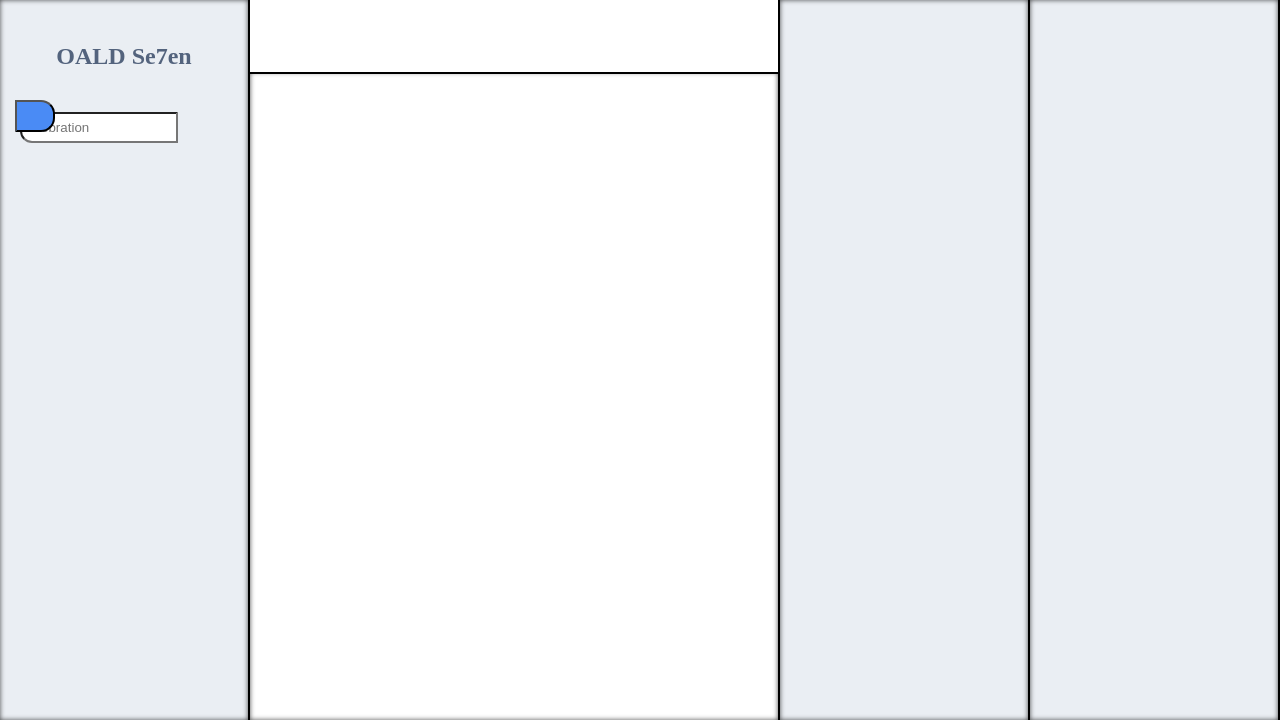
Repository: JJianZ/miao
Page: a.html
An editor plug-in stored every save of this project. The page is shown before and after the next save, followed by the edit.
The browser window is 1280 px wide. The pictures show the whole page.

Above is the page before, as saved 2021-11-23 10:43:04.

After the next save:
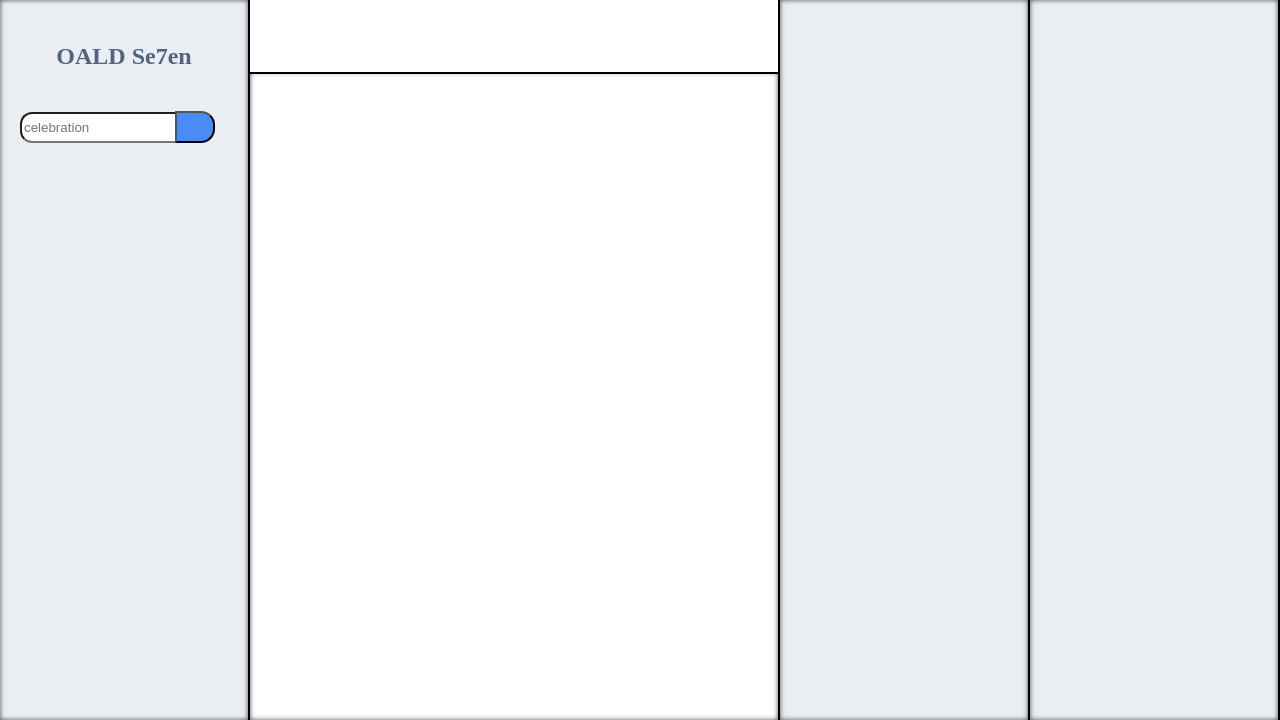
Saved 33 s later.
--- a/a.html
+++ b/a.html
@@ -51,8 +51,8 @@
       background-color: #4a8bf5;
       height: 32px;
       width: 40px;
-      top: 100px;
-      left: 15px;
+      top: 111px;
+      left: 175px;
       border-radius: 0 14px 14px 0;
     }
     header {
